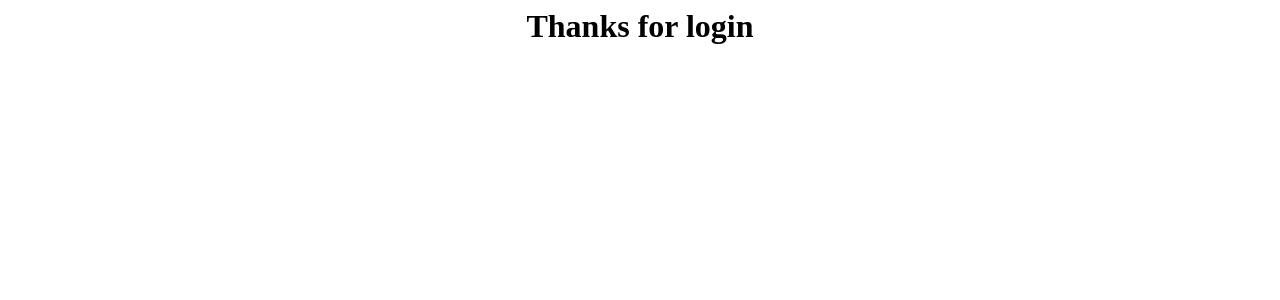
Repository: NiyazulHasan/aws-notes-by-niyaz-sir
Page: Classroom-AWS-Notes/workspace/DemoApp/WebContent/success.html
An editor plug-in stored every save of this project. The page is shown before and after the next save, followed by the edit.
The browser window is 1280 px wide. The pictures show the whole page.

Above is the page before, as saved 2023-08-18 16:44:33.

### Classroom-AWS-Notes/workspace/DemoApp/WebContent/success.html
<center>
	<h1>Thanks for login</h1>
</center>

After the next save:
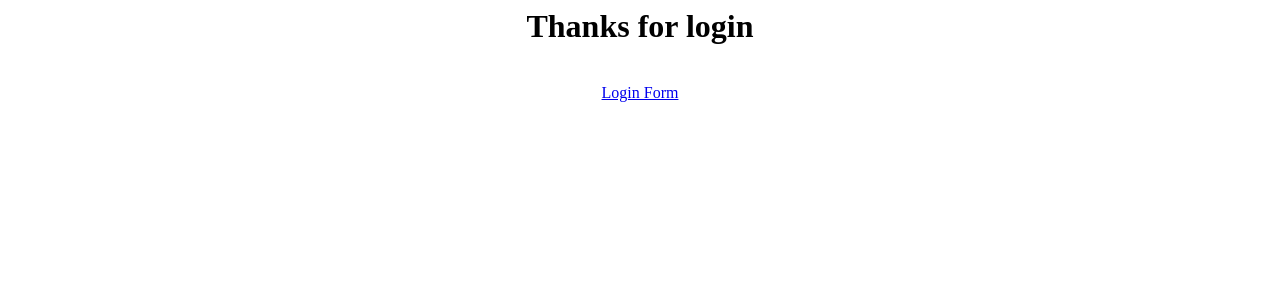
Saved 24 s later.
--- a/Classroom-AWS-Notes/workspace/DemoApp/WebContent/success.html
+++ b/Classroom-AWS-Notes/workspace/DemoApp/WebContent/success.html
@@ -1,3 +1,5 @@
 <center>
 	<h1>Thanks for login</h1>
+	<br>
+	<a href="./loginform.html">Login Form</a>
 </center>
